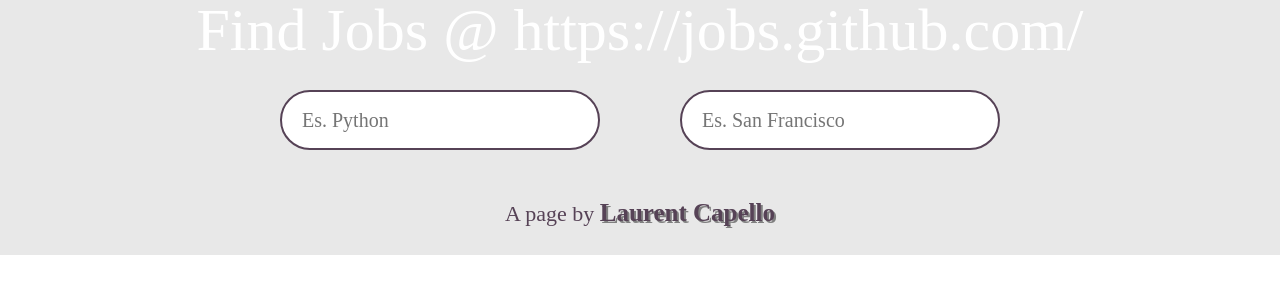
Repository: sokafootball/job-finder
Page: /
An editor plug-in stored every save of this project. The page is shown before and after the next save, followed by the edit.
The browser window is 1280 px wide. The pictures show the whole page.
The page's requests for data from a server got no answer. The project was rebuilt for these pictures with package versions that can differ from the ones it lists, and the page was loaded fresh each time. No one was signed in, and anything a server would have sent is missing. Also part of the build but not shown: src/components/JobCard/JobCard.css, src/components/JobCard/JobCard.js.

Above is the page before, as saved 2020-10-23 13:20:34.

After the next save:
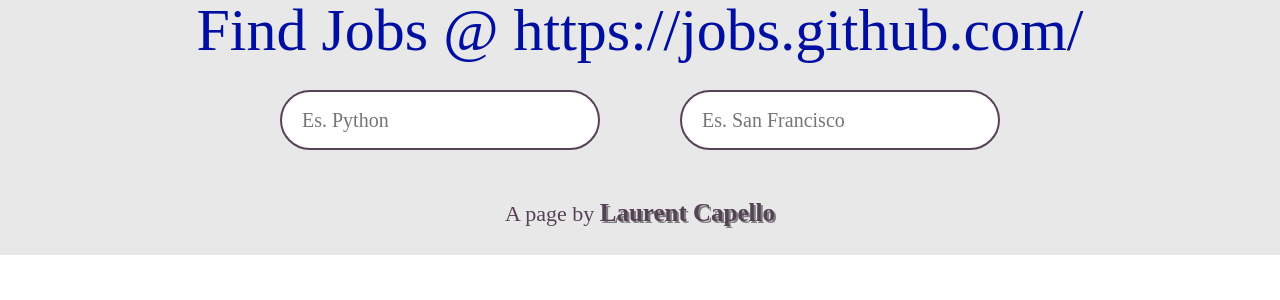
Saved 40 s later.
--- a/src/components/Header/Header.css
+++ b/src/components/Header/Header.css
@@ -1,4 +1,4 @@
 #title{
   font-size: 60px;
-  color: white
+  color: #000FA2
 }
